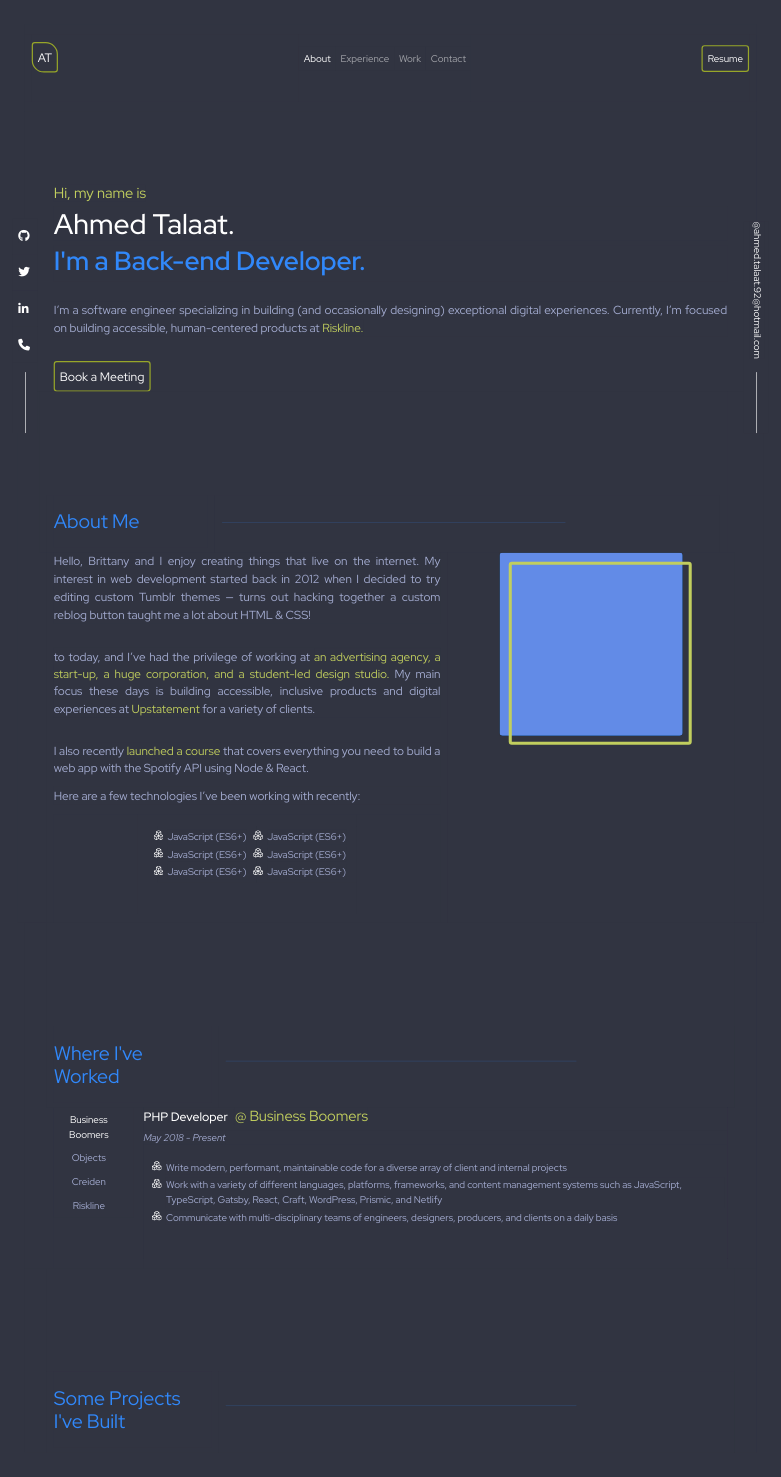
Repository: aya7abbal/Talaat-s-Portfolio
Page: index.html
The author's editor kept a copy of each file at every save. The page is drawn from the files as they stood at one save, then again after the next save.
The browser window is 1280 px wide. The pictures show the whole page, at 61% of full size.
Pictures or frames that could not be fetched are drawn as grey boxes. Some web libraries are served in a nearby version. The style sheet was rebuilt from its Sass, Less or Tailwind sources for each picture, by a compiler version that may differ from the author's.

Above is the page before, as saved 2022-02-07 14:27:03.

### index.html
<!DOCTYPE html>
<html lang="en">
  <head>
    <!-- Required meta tags -->
    <meta charset="utf-8" />
    <meta name="viewport" content="width=device-width, initial-scale=1" />

    <!-- Bootstrap CSS -->
    <link
      href="https://cdn.jsdelivr.net/npm/bootstrap@5.0.2/dist/css/bootstrap.min.css"
      rel="stylesheet"
      integrity="sha384-EVSTQN3/azprG1Anm3QDgpJLIm9Nao0Yz1ztcQTwFspd3yD65VohhpuuCOmLASjC"
      crossorigin="anonymous"
    />

    <!-- Favicon -->
    <link
      rel="shortcut icon"
      type="image/x-icon"
      href="./images/favicon/favicon.ico"
    />

    <!-- Font Awesome -->
    <script
      src="https://kit.fontawesome.com/fd7fa2f891.js"
      crossorigin="anonymous"
    ></script>

    <!-- Bootstrap Icons -->
    <link
      rel="stylesheet"
      href="https://cdn.jsdelivr.net/npm/bootstrap-icons@1.8.0/font/bootstrap-icons.css"
    />

    <!-- Main Stylesheet -->
    <link rel="stylesheet" href="./styles/styles.css" />

    <title>Ahmed's Portfolio</title>
  </head>
  <body>
    <!-- Navbar -->
    <nav class="navbar navbar-expand-md navbar-dark py-3">
      <div class="container-fluid d-flex justify-content-between">
        <div class="navbar-logo">
          <a class="navbar-brand navbar-border navbar-content__hidden" href="#"
            >AT</a
          >
        </div>

        <!-- Offcanvas  Hidden MENU -->
        <div class="offcanvas-menu">
          <button
            class="btn navbar-content__hidden rotating-icon"
            type="button"
            data-bs-toggle="offcanvas"
            data-bs-target="#offcanvasRight"
            aria-controls="offcanvasRight"
          >
            <i class="bi bi-x-diamond fs-2 text-white"></i>
          </button>
          <div
            class="offcanvas offcanvas-end"
            tabindex="-1"
            id="offcanvasRight"
            aria-labelledby="offcanvasRightLabel"
          >
            <div class="offcanvas-header">
              <h5 id="offcanvasRightLabel"></h5>
              <button
                type="button"
                class="btn text-reset"
                data-bs-dismiss="offcanvas"
                aria-label="Close"
              >
                <i class="bi bi-x-diamond fs-2 text-white rotated-icon"></i>
              </button>
            </div>
            <div class="offcanvas-body">
              <ul class="navbar-nav text-center">
                <li class="nav-item">
                  <a class="nav-link active" aria-current="page" href="#"
                    >About</a
                  >
                </li>
                <li class="nav-item">
                  <a class="nav-link" href="#">Experience</a>
                </li>
                <li class="nav-item">
                  <a class="nav-link" href="#">Work</a>
                </li>
                <li class="nav-item">
                  <a class="nav-link" href="#">Contact</a>
                </li>
                <li>
                  <a
                    class="btn btn-green my-4"
                    href="./Ahmed Talaat.pdf"
                    download
                  >
                    Resume</a
                  >
                </li>
              </ul>
            </div>
          </div>
        </div>

        <!-- NAVBAR Collapsable -->
        <div
          class="collapse navbar-collapse justify-content-between align-items-baseline"
          id="navbarNav"
        >
          <a class="navbar-brand navbar-border" href="#">AT</a>

          <ul class="navbar-nav">
            <li class="nav-item">
              <a class="nav-link active" aria-current="page" href="#">About</a>
            </li>
            <li class="nav-item">
              <a class="nav-link" href="#">Experience</a>
            </li>
            <li class="nav-item">
              <a class="nav-link" href="#">Work</a>
            </li>
            <li class="nav-item">
              <a class="nav-link" href="#">Contact</a>
            </li>
          </ul>

          <a
            class="btn btn-green"
            href="./Ahmed Talaat.pdf"
            download
          >Resume</a >
        </div>
      </div>
    </nav>
    <div class="body-wrapper">
      <!-- Introduction -->
      <div class="intro px-5">
        <h6>Hi, my name is</h6>

        <br />

        <h2>Ahmed Talaat.</h2>
        <h3 class="pb-2">I'm a Back-end Developer.</h3>

        <br />

        <p>
          I’m a software engineer specializing in building (and occasionally
          designing) exceptional digital experiences. Currently, I’m focused on
          building accessible, human-centered products at
          <a href="#">Riskline.</a>
        </p>

        <br />

        <a class=" btn btn-green btn-lg" href="https://calendly.com/atalaat-92/short-discussion?month=2022-02"> Book a Meeting</a>
      </div>

      <!-- About -->

      <div class="about px-5 row">
        <div class="section-header row">
          <div class="col-md-4 col-lg-3 col-5">
            <h4 class="py-4">About Me</h4>
          </div>
          <div class="col-md-8 col-lg-9 col-7">
            <hr />
          </div>
        </div>

        <!-- About Paragraph -->
        <div class="col-12 col-lg-7">
          <p>
            Hello, Brittany and I enjoy creating things that live on the
            internet. My interest in web development started back in 2012 when I
            decided to try editing custom Tumblr themes — turns out hacking
            together a custom reblog button taught me a lot about HTML & CSS!
          </p>
          <br />

          <p>
            to today, and I’ve had the privilege of working at
            <a href=""
              >an advertising agency, a start-up, a huge corporation, and a
              student-led design studio.</a
            >
            My main focus these days is building accessible, inclusive products
            and digital experiences at <a href="">Upstatement</a> for a variety
            of clients.
          </p>

          <br />
          <p>
            I also recently <a href="">launched a course</a> that covers
            everything you need to build a web app with the Spotify API using
            Node & React.
          </p>

          <p>Here are a few technologies I’ve been working with recently:</p>

          <div class="iconed-list d-flex justify-content-center">
            <ul class="row">
              <div class="col-6">
                <li>JavaScript (ES6+)</li>
                <li>JavaScript (ES6+)</li>
                <li>JavaScript (ES6+)</li>
              </div>

              <div class="col-6">
                <li>JavaScript (ES6+)</li>
                <li>JavaScript (ES6+)</li>
                <li>JavaScript (ES6+)</li>
              </div>
            </ul>
          </div>
        </div>

        <div class="col-12 col-lg-5 d-flex justify-content-center pb-5">
          <!-- About Image -->
          <div class="about-img">
           <div> <img
            src="https://brittanychiang.com/static/30a645f7db6038f83287d0c6042d3b2b/f9526/me.avif"
            alt=""
            width="300px"
            height="300px"
          /></div>
            <div class="about-img__border"></div>
          </div>
        </div>
      </div>

      <!-- Work -->

      <div class="work px-5">
        <div class="section-header row">
          <div class="col-md-4 col-lg-3 col-7">
            <h4 class="py-4">Where I've Worked</h4>
          </div>
          <div class="col-md-8 col-lg-9 col-5">
            <hr />
          </div>
        </div>
        <div>
          <!-- Nav tabs -->
          <div class="d-flex flex-md-row flex-column align-items-start">
            <div
              class="nav flex-md-column nav-pills me-3 mb-4 pe-md-3 nav-tabs"
              id="v-pills-tab"
              role="tablist"
              aria-orientation="vertical"
            >
              <button
                class="nav-link active"
                id="v-pills-home-tab"
                data-bs-toggle="pill"
                data-bs-target="#v-pills-home"
                type="button"
                role="tab"
                aria-controls="v-pills-home"
                aria-selected="true"
              >
                Business Boomers
              </button>
              <button
                class="nav-link"
                id="v-pills-profile-tab"
                data-bs-toggle="pill"
                data-bs-target="#v-pills-profile"
                type="button"
                role="tab"
                aria-controls="v-pills-profile"
                aria-selected="false"
              >
                Objects
              </button>
              <button
                class="nav-link"
                id="v-pills-messages-tab"
                data-bs-toggle="pill"
                data-bs-target="#v-pills-messages"
                type="button"
                role="tab"
                aria-controls="v-pills-messages"
                aria-selected="false"
              >
                Creiden
              </button>
              <button
                class="nav-link"
                id="v-pills-settings-tab"
                data-bs-toggle="pill"
                data-bs-target="#v-pills-settings"
                type="button"
                role="tab"
                aria-controls="v-pills-settings"
                aria-selected="false"
              >
                Riskline
              </button>
            </div>
            <div class="tab-content" id="v-pills-tabContent">
              <div
                class="tab-pane fade show active"
                id="v-pills-home"
                role="tabpanel"
                aria-labelledby="v-pills-home-tab"
              >
                <div class="work-title">
                  <h5 class="pe-2">PHP Developer</h5>
                  <h6>@ Business Boomers</h6>
                </div>
                <div class="work-date">
                  <i>May 2018 - Present </i>

                  <ul class="iconed-list">
                    <li>
                      Write modern, performant, maintainable code for a diverse
                      array of client and internal projects
                    </li>
                    <li>
                      Work with a variety of different languages, platforms,
                      frameworks, and content management systems such as
                      JavaScript, TypeScript, Gatsby, React, Craft, WordPress,
                      Prismic, and Netlify
                    </li>
                    <li>
                      Communicate with multi-disciplinary teams of engineers,
                      designers, producers, and clients on a daily basis
                    </li>
                  </ul>
                </div>
              </div>

              <div
                class="tab-pane fade"
                id="v-pills-profile"
                role="tabpanel"
                aria-labelledby="v-pills-profile-tab"
              >
                <div class="work-title">
                  <h5 class="pe-2">Back-end Developer</h5>
                  <h6>@ Objects</h6>
                </div>
                <div class="work-date">
                  <i>May 2018 - Present </i>

                  <ul class="iconed-list">
                    <li>
                      Write modern, performant, maintainable code for a diverse
                      array of client and internal projects
                    </li>
                    <li>
                      Work with a variety of different languages, platforms,
                      frameworks, and content management systems such as
                      JavaScript, TypeScript, Gatsby, React, Craft, WordPress,
                      Prismic, and Netlify
                    </li>
                    <li>
                      Communicate with multi-disciplinary teams of engineers,
                      designers, producers, and clients on a daily basis
                    </li>
                  </ul>
                </div>
              </div>

              <div
                class="tab-pane fade"
                id="v-pills-messages"
                role="tabpanel"
                aria-labelledby="v-pills-messages-tab"
              >
                <div class="work-title">
                  <h5 class="pe-2">Back-end Developer</h5>
                  <h6>@ Creiden</h6>
                </div>
                <div class="work-date">
                  <i>May 2018 - Present </i>

                  <ul class="iconed-list">
                    <li>
                      Write modern, performant, maintainable code for a diverse
                      array of client and internal projects
                    </li>
                    <li>
                      Work with a variety of different languages, platforms,
                      frameworks, and content management systems such as
                      JavaScript, TypeScript, Gatsby, React, Craft, WordPress,
                      Prismic, and Netlify
                    </li>
                    <li>
                      Communicate with multi-disciplinary teams of engineers,
                      designers, producers, and clients on a daily basis
                    </li>
                  </ul>
                </div>
              </div>

              <div
                class="tab-pane fade"
                id="v-pills-settings"
                role="tabpanel"
                aria-labelledby="v-pills-settings-tab"
              >
                <div class="work-title">
                  <h5 class="pe-2">Project Manager</h5>
                  <h6>@ Riskline</h6>
                </div>
                <div class="work-date">
                  <i>May 2018 - Present </i>

                  <ul class="iconed-list">
                    <li>
                      Write modern, performant, maintainable code for a diverse
                      array of client and internal projects
                    </li>
                    <li>
                      Work with a variety of different languages, platforms,
                      frameworks, and content management systems such as
                      JavaScript, TypeScript, Gatsby, React, Craft, WordPress,
                      Prismic, and Netlify
                    </li>
                    <li>
                      Communicate with multi-disciplinary teams of engineers,
                      designers, producers, and clients on a daily basis
                    </li>
                  </ul>
                </div>
              </div>
            </div>
          </div>
        </div>
      </div>

      <div class="projects px-5">
        <div class="section-header row">
          <div class="col-md-4 col-lg-3 col-7">
            <h4 class="py-4">Some Projects I've Built</h4>
          </div>
          <div class="col-md-8 col-lg-9 col-5">
            <hr />
          </div>
        </div>
      </div>
    </div>

    <footer>
      <div class="footer-left">
        <div class="footer-left__link">
          <i class="fab fa-github"><a href="#"></a></i>
        </div>
        <div class="footer-left__link">
          <i class="fab fa-twitter"><a href=""></a></i>
        </div>
        <div class="footer-left__link">
          <i class="fab fa-linkedin-in"><a href=""></a></i>
        </div>
        <div class="footer-left__link">
          <i class="fas fa-phone"><a href=""></a></i>
        </div>
        <div class="footer-left__link line"></div>
      </div>



      <div class="footer-right">
        <div class="footer-right__link">
          <a href="">@ahmed.talaat.92@hotmail.com</a>

        <div class="footer-right__link line"></div>
      </div>
    </footer>

    <!-- Bootstrap Bundle with Popper -->
    <script
      src="https://cdn.jsdelivr.net/npm/bootstrap@5.0.2/dist/js/bootstrap.bundle.min.js"
      integrity="sha384-MrcW6ZMFYlzcLA8Nl+NtUVF0sA7MsXsP1UyJoMp4YLEuNSfAP+JcXn/tWtIaxVXM"
      crossorigin="anonymous"
    ></script>
    <script type="module" src="./scripts/script.js"></script>
  </body>
</html>

### scripts/script.js
// const rotatingIcon = document.querySelector(".rotating-icon")
// const rotatedIcon = document.querySelector(".rotated-icon")


// rotatingIcon.addEventListener('click',function(event) {
// console.log(event)
//     rotatingIcon.style.display="hidden"
// })

### styles/styles.scss

// Fonts
@import url('https://fonts.googleapis.com/css2?family=Dosis:wght@200;300;400;500;600&family=Red+Hat+Display:ital,wght@0,300;0,400;0,500;0,600;0,700;0,900;1,300;1,400;1,500;1,600&family=Satisfy&display=swap');
// Partials
@import "./components/navbar";
@import"./components/footer";
@import "./variables/colors";
@import "./components/buttons";
@import "./variables/fonts";
@import "./components/pages";
@import "./variables/images";




// font-family: 'Dosis', sans-serif;
// font-family: 'Red Hat Display', sans-serif;
// font-family: 'Satisfy', cursive;

*{
font-family: 'Red Hat Display', sans-serif;
background-color: var(--navy);

}

body{
    margin: 0%;
    overflow-x: hidden;
    background-color: var(--navy);

    @media (min-width:768px) {
        padding: 40px;
    }
}

### styles/components/_navbar.scss
.navbar-content__hidden{
    display: none;
    @media (max-width:768px) {
        display: inline-block;
    }
}

.navbar-brand{
    border: solid 2px var(--green);
    border-radius: 5px 20px;
    padding: 8px;

    &:hover{
        background-color: var(--green);
    }
}

### styles/components/_footer.scss
footer {

    @media (max-width:768px) {
display: none;
    }

  .footer-left {
    position: fixed;
    bottom: 10px;
    left: 20px;
    i {
      font-size: 1.2em;
      color: white;
      margin: 20px 10px;
      &:hover{
          color: greenyellow;
          transform: translateY(-3px);
      }
    }

    .line {
      border-right: 1px solid white;
      padding: 20px;
      height: 100px;
      background-color: transparent;
      transform: translatex(-19px);
      margin-top: 15px;
    }
  }


  .footer-right {
    position: fixed;
    bottom: 10px;
    right: 20px;
    i{
      font-size: 1.2em;
      color: white;
      margin: 15px 10px;
      &:hover{
          color: greenyellow;
          transform: translateY(-3px);
      }


    }

    a{
        writing-mode: vertical-rl;
        transform: translatex(10px);
        color: white;
        font-size: 1em;
        &:hover{
            color: greenyellow;
            text-decoration: none;
        }
    }

    .line {
      border-right: 1px solid white;
      padding: 20px;
      height: 100px;
      background-color: transparent;
      transform: translatex(-19px);
      margin-top: 15px;
    }
  }
}

### styles/variables/_colors.scss
:root{
    --navy:#313441;
    --lgreen:#c1ce5e;
    --grey:#A4A6BF;
    --bblue:hsl(220, 47%, 62%);
    --green:#97A629;
    --lgreeno:#c1ce5e11;
    --lgrey:#bbc1dd;
    --mdgrey:#a4acd1;
    --blue:#3188fa;

}

### styles/components/_buttons.scss
.btn-green {
  border: 2px solid var(--green);
  padding: 8px;
  color:white;
  border-radius: 5px;

  &:hover {
    color: rgb(197, 197, 197);
    background-color: var(--lgreeno);
  }
}

.btn-blue{
    border: 2px solid var(--blue);
    padding: 8px;
    color:white;
    border-radius: 5px;

    &:hover {
      color: rgb(197, 197, 197);
      background-color: var(--bblue);
    }
}

.rotating-icon, .rotated-icon {
  transform: rotate(45deg) !important;
  z-index: 100;

  &:hover {
    transform: rotate(90deg) !important;
    transition: 0.6s;


  }
  &:active &:focus {
    transform: rotate(90deg) !important;
  }
}

### styles/variables/_fonts.scss



h2 {
  color: white;
  font-size: 2.3em;

  @media (min-width: 768px) {
    font-size: 2.9em;
  }
}

h3 {
  color: var(--blue);
  font-weight: 600;
  font-size: 2.2em;

  @media (min-width: 768px) {
    font-size: 2.7em;
  }
}

h4 {
  color: var(--blue);
  font-weight: 400;
  font-size: 1.5em;
  background-color: var(--navy);

  @media (min-width: 768px) {
    font-size: 2em;
  }
}

h5{
  color: white;
  display: inline-block;
}

h6 {
  font-size: 1.2em;
  color: var(--lgreen);
  font-weight: 400;
  display: inline-block;

  @media (min-width: 768px) {
    font-size: 1.5em;
  }
}

a {
  color: var(--lgreen);
  text-decoration: none;

  &:hover {
    color: var(--green);

    text-decoration: underline;
  }
}

ul{

    padding-top:20px;
    padding-bottom: 50px;
}
.iconed-list li{
    list-style-image:url(../../svg/list.svg);
    color: var(--mdgrey);

    padding:10px 10px 0px 10px;
    margin: 5px;
    width: fit-content;
    padding: 0%;
}

p {
  font-size: 1.2em;
  color: var(--mdgrey);
  font-weight: 400;
  text-align: justify;

  @media (min-width: 768px) {
    font-size: 1.2em;
  }
}

i{
  color: var(--mdgrey);
}

.nav-tabs .nav-link{

  color: var(--mdgrey);
  background-color: transparent !important;
  // text-decoration: underline;
  text-decoration-color: var(--mdgrey);

  &:focus{
    background-color: transparent !important;
    color: var(--lgreen);
    border-bottom-color: var(--lgreen);

  }

  &:active{
    background-color: transparent !important;
    color: var(--lgreen);


  }



}

### styles/components/_pages.scss

// INTRODUCTION
.intro{
    padding-top: 120px;
}

// ABOUT


.section-header{
    padding-top:170px ;
    hr{
        position: relative;
        top:30%;
        color: var(--blue);
        width: 70%;
    }
}

#v-pills-tab{
    border: none;
}

### styles/variables/_images.scss
.about-img {
  height: fit-content;
  position: relative;
  display: flex;
  flex-direction: column;
  justify-content: center;


  img {
    filter: invert(25%) sepia(77%) saturate(2565%) hue-rotate(200deg)
      brightness(103%) contrast(96%) opacity(90%);
    border-radius: 5px;
  }
  &:hover {
    img {
      filter: none;
    }
    .about-img__border{
        transform: translate(0px, 0px);
        transition: .1s;


    }
  }

  .about-img__border {
    position: absolute;
    border: 5px solid var(--lgreen);
    border-radius: 5px;
    width: 300px;
    height: 300px;
    transform: translate(15px, 15px);
    background-color: transparent;
  }
}

After the next save:
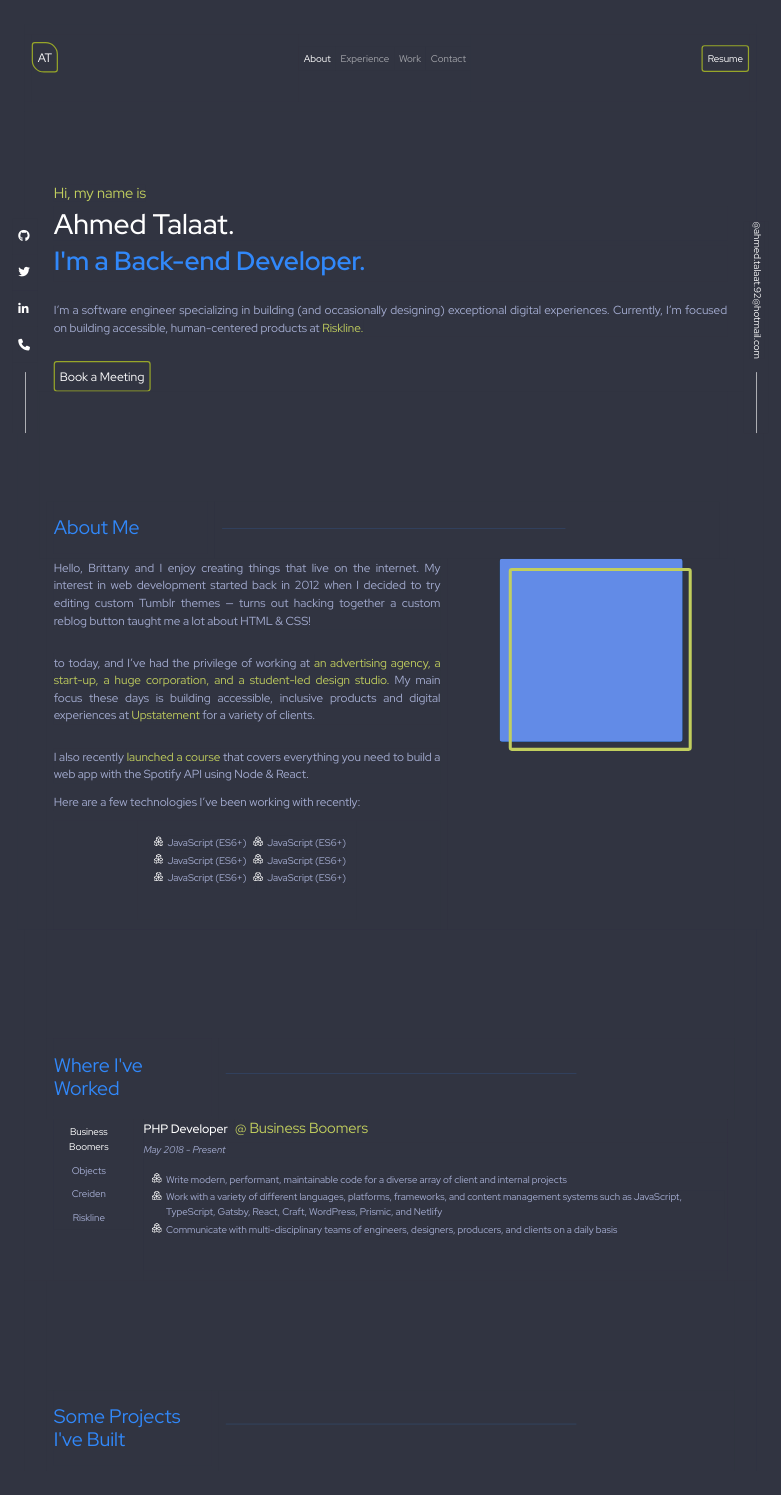
Saved 2 min 29 s later.
--- a/styles/components/_pages.scss
+++ b/styles/components/_pages.scss
@@ -8,7 +8,7 @@
 
 
 .section-header{
-    padding-top:170px ;
+    padding-top:180px ;
     hr{
         position: relative;
         top:30%;
